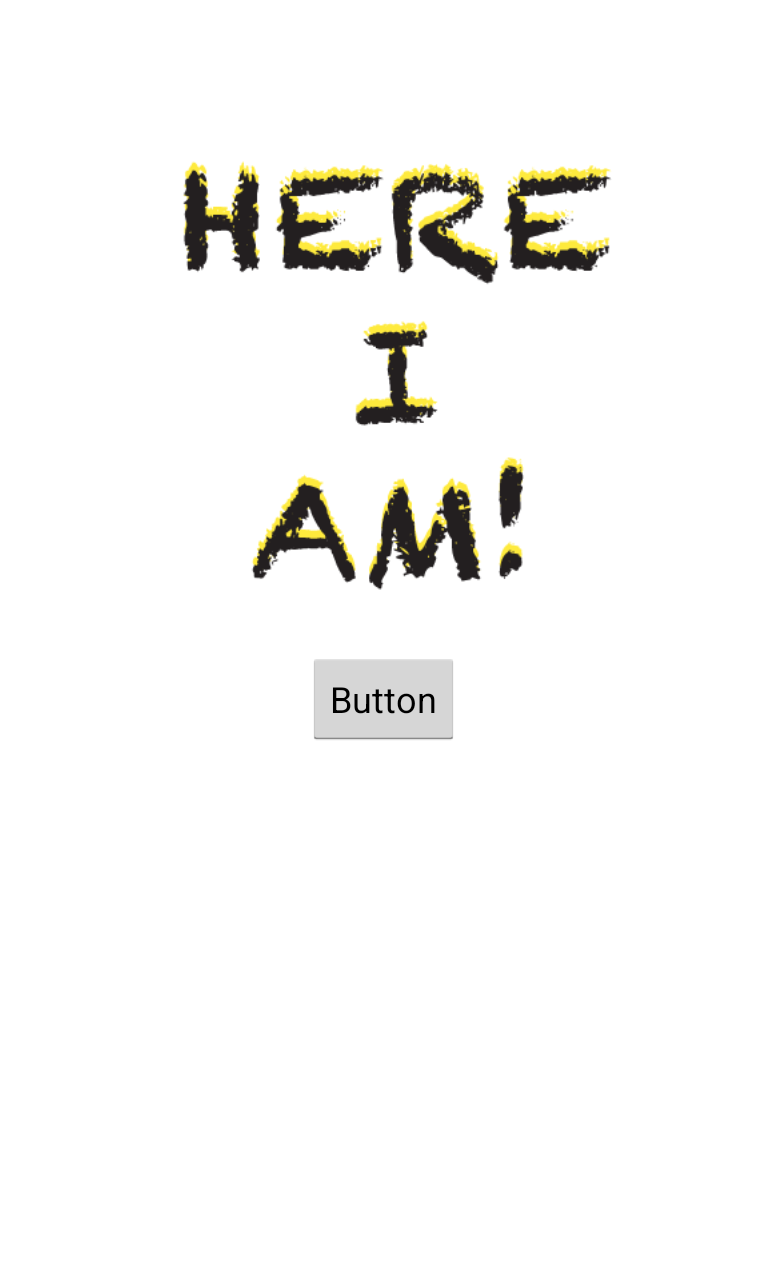
Repository: scottcaruso/mdf3_here_i_am_camera_app
Layout: HereIAm/res/layout/activity_main.xml
An editor plug-in stored every save of this project. The layout is shown before and after the next save, followed by the edit.
It is drawn on a 768 x 1280 px phone screen (xhdpi) without system bars, with theme AppTheme; the app's code is not run.

Above is the layout before, as saved 2013-09-12 02:08:51.

### HereIAm/res/layout/activity_main.xml
<RelativeLayout xmlns:android="http://schemas.android.com/apk/res/android"
    xmlns:tools="http://schemas.android.com/tools"
    android:layout_width="match_parent"
    android:layout_height="match_parent"
    android:paddingBottom="@dimen/activity_vertical_margin"
    android:paddingLeft="@dimen/activity_horizontal_margin"
    android:paddingRight="@dimen/activity_horizontal_margin"
    android:paddingTop="@dimen/activity_vertical_margin"
    tools:context=".MainActivity" >

    <ImageView
        android:id="@+id/logo"
        android:layout_width="wrap_content"
        android:layout_height="wrap_content"
        android:layout_alignParentRight="true"
        android:layout_alignParentTop="true"
        android:layout_marginTop="16dp"
        android:src="@drawable/here_i_am_logo" />

    <Button
        android:id="@+id/findmebutton"
        android:layout_width="wrap_content"
        android:layout_height="wrap_content"
        android:layout_alignBottom="@+id/logo"
        android:layout_centerHorizontal="true"
        android:text="Button" />

</RelativeLayout>

### HereIAm/res/values/strings.xml
<?xml version="1.0" encoding="utf-8"?>
<resources>

    <string name="app_name">Here I Am</string>
    <string name="action_settings">Settings</string>
    <string name="hello_world">Hello world!</string>
    <string name="find_me_now_">Find Me Now!</string>

</resources>

Loaded but not shown: HereIAm/res/values/styles.xml (common file); HereIAm/res/values-v11/styles.xml (common file); HereIAm/res/values-v14/styles.xml (common file); HereIAm/res/values/dimens.xml (common file)

After the next save:
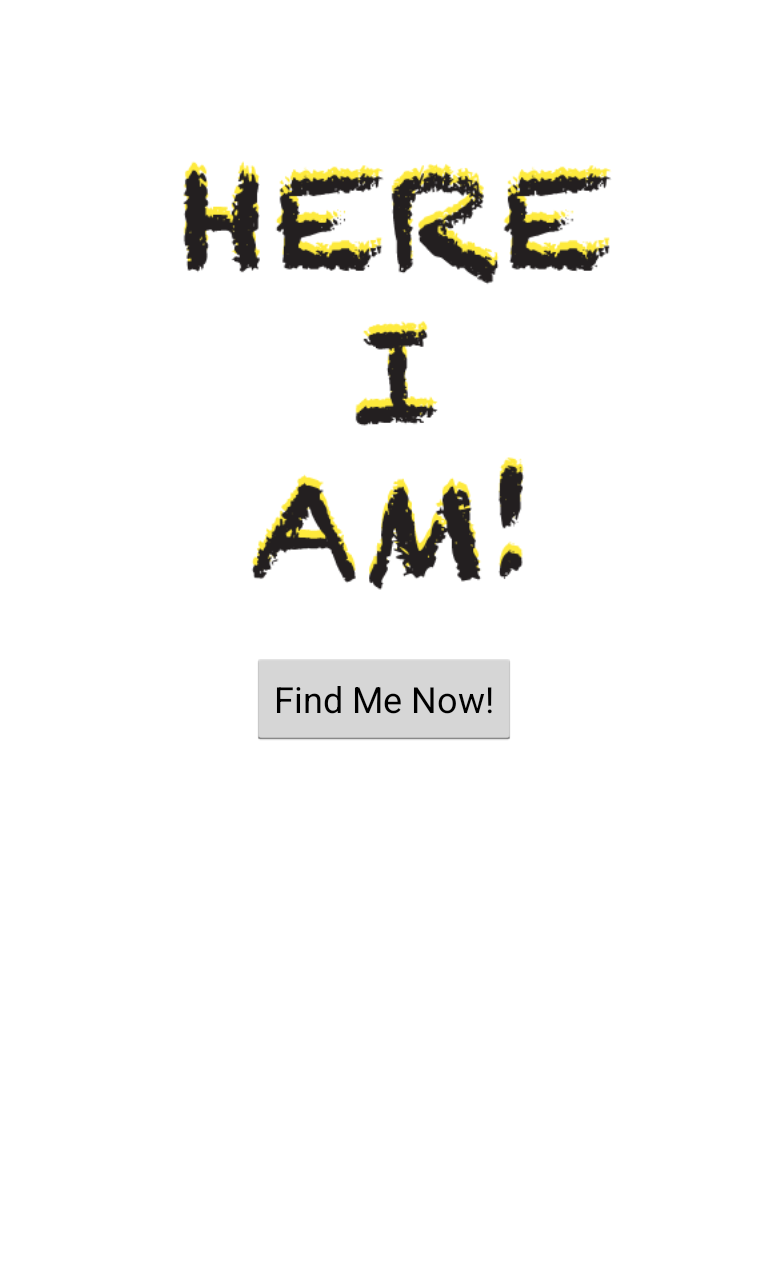
Saved 96 s later.
--- a/HereIAm/res/layout/activity_main.xml
+++ b/HereIAm/res/layout/activity_main.xml
@@ -23,6 +23,6 @@
         android:layout_height="wrap_content"
         android:layout_alignBottom="@+id/logo"
         android:layout_centerHorizontal="true"
-        android:text="Button" />
+        android:text="@string/find_me_now_" />
 
 </RelativeLayout>
